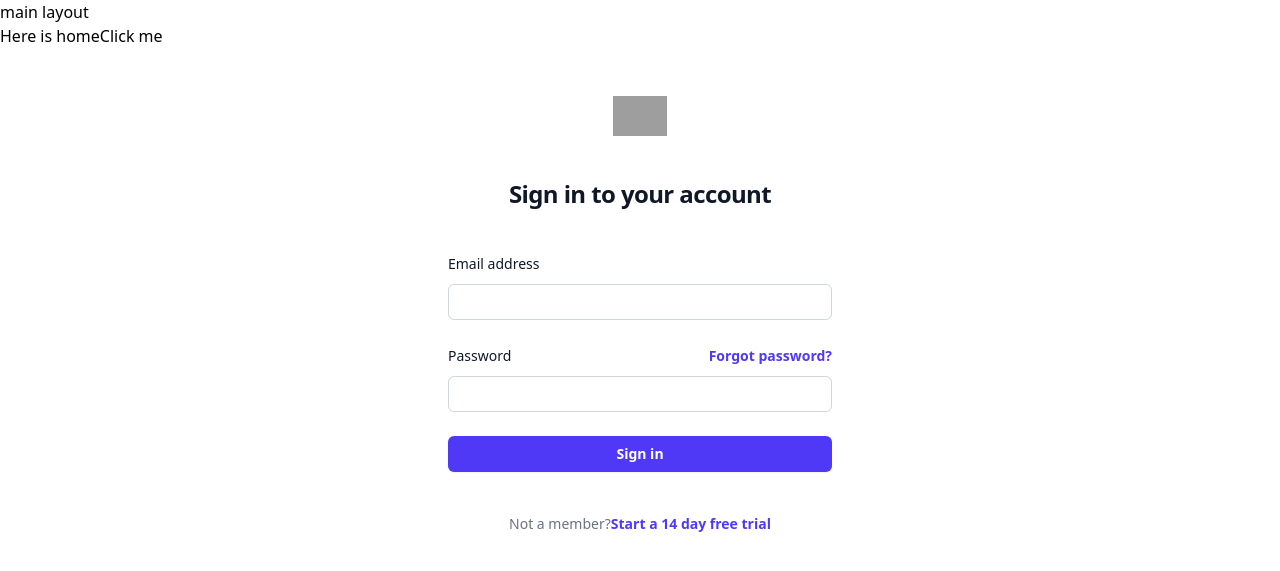
Repository: fuad303/karokhy-frontend
Page: /
The author's editor kept a copy of each file at every save. The page is drawn from the files as they stood at one save, then again after the next save.
The browser window is 1280 px wide. The pictures show the whole page.
Pictures or frames that could not be fetched are drawn as grey boxes. The project was rebuilt for these pictures with package versions that can differ from the ones it lists, and the page was loaded fresh each time. Also part of the build but not shown: vite.config.ts, src/layouts/AuthLayout.tsx.

Above is the page before, as saved 2025-12-08 12:04:02.

After the next save:
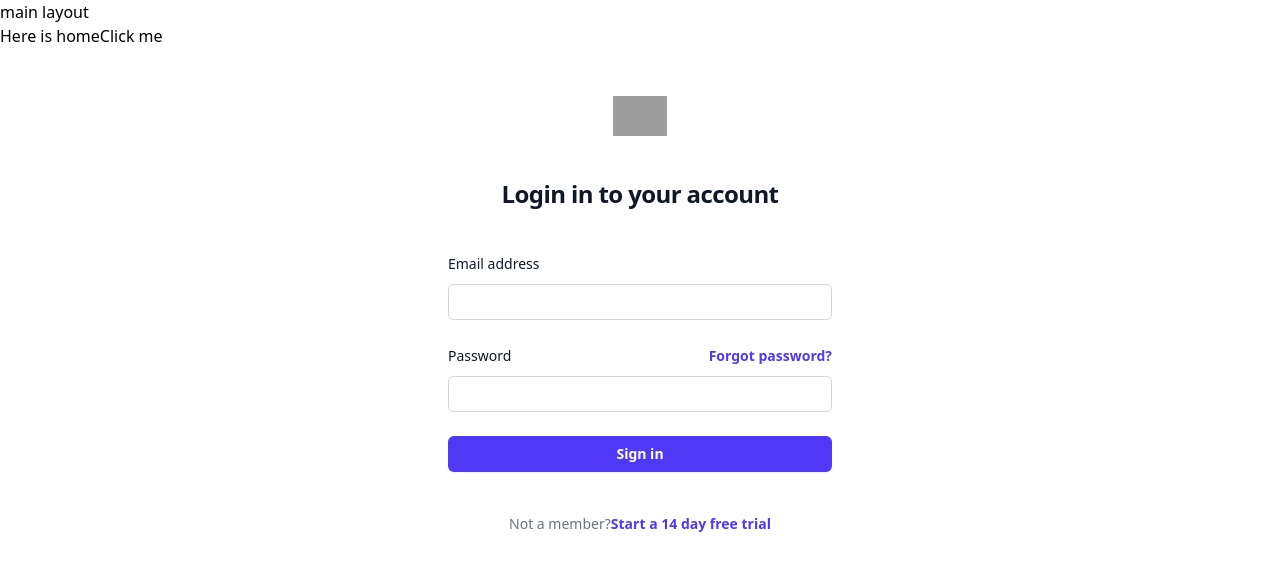
Saved 20 min 11 s later.
--- a/src/components/LoginPage.tsx
+++ b/src/components/LoginPage.tsx
@@ -16,7 +16,7 @@ function LoginPage() {
             className="mx-auto h-10 w-auto not-dark:hidden"
           />
           <h2 className="mt-10 text-center text-2xl/9 font-bold tracking-tight text-gray-900 dark:text-white">
-            Sign in to your account
+            Login in to your account
           </h2>
         </div>
 
@@ -24,7 +24,7 @@ function LoginPage() {
           <form action="#" method="POST" className="space-y-6">
             <div>
               <label
-                for="email"
+                for="username"
                 class="block text-sm/6 font-medium text-gray-900 dark:text-gray-100"
               >
                 Email address
